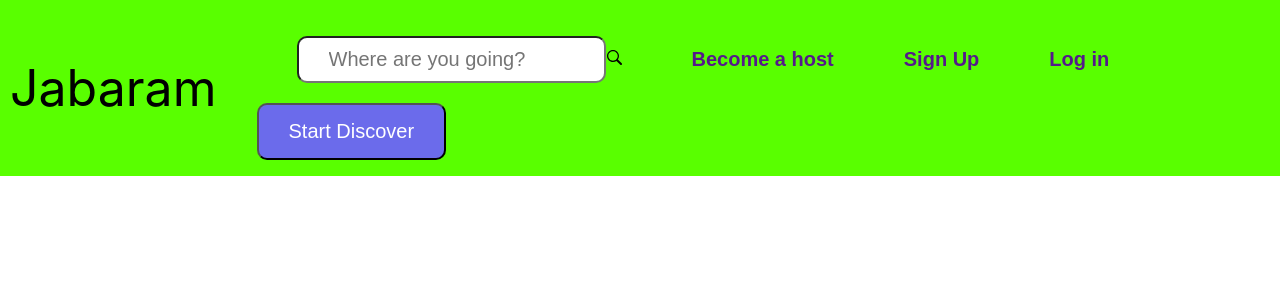
Repository: manahiang/Jabaram-web
Page: / (app in src/)
The author's editor kept a copy of each file at every save. The page is drawn from the files as they stood at one save, then again after a run of saves.
The browser window is 1280 px wide. The pictures show the whole page.
The project was rebuilt for these pictures with package versions that can differ from the ones it lists, and the page was loaded fresh each time. Also part of the build but not shown: src/src/App.css.

Above is the page before, as saved 2022-11-30 09:43:32.

### src/src/index.css
body {
  margin: 0;
  padding: 0;
  font-family: -apple-system, BlinkMacSystemFont, 'Segoe UI', 'Roboto', 'Oxygen',
    'Ubuntu', 'Cantarell', 'Fira Sans', 'Droid Sans', 'Helvetica Neue',
    sans-serif;
  -webkit-font-smoothing: antialiased;
  -moz-osx-font-smoothing: grayscale;
}

code {
  font-family: source-code-pro, Menlo, Monaco, Consolas, 'Courier New',
    monospace;
}
.container{
  width: 100%;
  height: auto;
  background-color: rgb(227, 212, 194);
}
.header{
  max-width: 1780px;
  height: auto;
  background-color: rgb(89, 255, 0);
  margin: auto;
  display: flex;
  align-items: center;
  justify-content:space-between
}
.header ul li{
  display: inline-block;
  padding: 20px;
  margin-left: 20px;
  transition: all 0.5s;
}
.header ul li a{
  text-decoration: none;
  font-size: 20px;
  font-family:Arial, Helvetica, sans-serif;
  font-weight: 800;
 transition: all 0.5s;
 margin-left: 10px;
}
.header ul li:hover {
  color: rgb(41, 34, 34);
  background-color: rgb(195, 173, 173);
  border-radius: 10px;
}
.menu li input{
  padding: 10px;
  outline: none;
  border-radius: 10px;
  padding-left: 30px;
  font-size: 20px;
}
.menu ul   button{
  font-size: 20px;
  background-color: rgb(107, 107, 235);
  color: white;
  padding: 15px;
  padding-left: 30px;
  padding-right: 30px;
  border-radius: 10px;
  outline: none;
  cursor: pointer;
}

/* Logo */

.logo{
  margin-left: 10px;
  font-size: 50px;
  cursor: pointer;
}

### src/src/App.js

import './App.css';
import'./index.css';
import Header from './header';

function App() {
  return (
    <>
    <Header/>
    </>
  );
}

export default App;

### src/src/header.js
import React from 'react'
import { GoSearch } from "react-icons/go";

function Header() {
    return (
        <div className='container'>
            <div className='header'>
                <div className='logo'>Jabaram</div>
                <div className='menu'>
                    <ul>
                        <li><input placeholder='Where are you going?' />
                        <span><GoSearch/></span>
                        </li>
                        <li><a href=''>Become a host</a></li>
                        <li><a href=''>Sign Up</a></li>
                        <li><a href=''>Log in</a></li>
                        <button>Start Discover</button>
                    </ul>
                </div>
            </div>
        </div>
    )
}

export default Header

Loaded but not shown: src/public/index.html (common file); src/src/index.js (common file); src/src/reportWebVitals.js (common file)

After the next 3 saves:
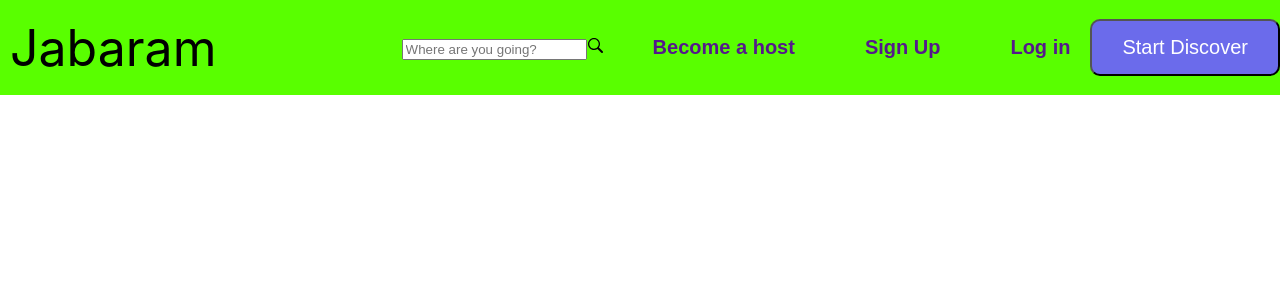
The 3 saves are shown as one change because 1 did not build or start and some came seconds apart.
The last was saved 32 s later.
--- a/src/src/header.js
+++ b/src/src/header.js
@@ -8,9 +8,8 @@ function Header() {
                 <div className='logo'>Jabaram</div>
                 <div className='menu'>
                     <ul>
-                        <li><input placeholder='Where are you going?' />
+                        <input placeholder='Where are you going?' />
                         <span><GoSearch/></span>
-                        </li>
                         <li><a href=''>Become a host</a></li>
                         <li><a href=''>Sign Up</a></li>
                         <li><a href=''>Log in</a></li>
